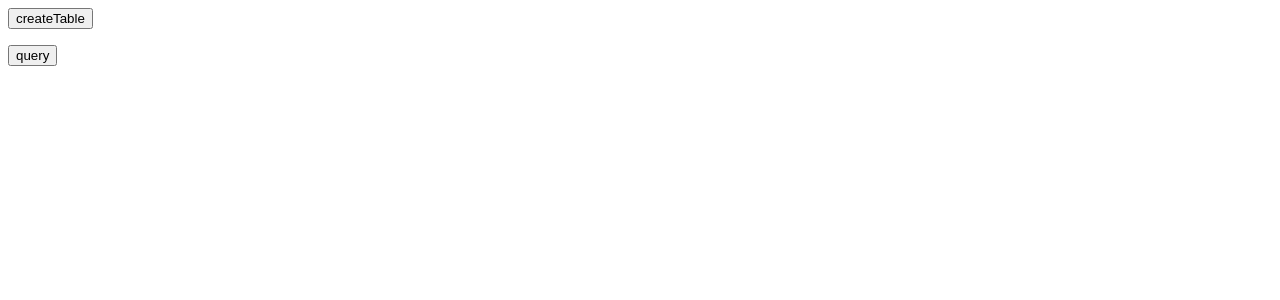
Repository: qq847261175/JavaWeb
Page: Jdbc_0010_MysqlConnected/WebRoot/welcome.html
These files come from the project's save history. The page is drawn as it stood at one moment and after the next save; the edit follows.
The browser window is 1280 px wide. The pictures show the whole page.

Above is the page before, as saved 2016-10-28 08:33:11.

### Jdbc_0010_MysqlConnected/WebRoot/welcome.html
<head>

<body>
<form action="CreateTableServlet" method="post">
<input type="submit" value="createTable"/><br/>

</form>
<form action="CreateTableServlet" method="post">
<input type="submit" value="query" name="query"/>
</form>
</body>

</head>

After the next save:
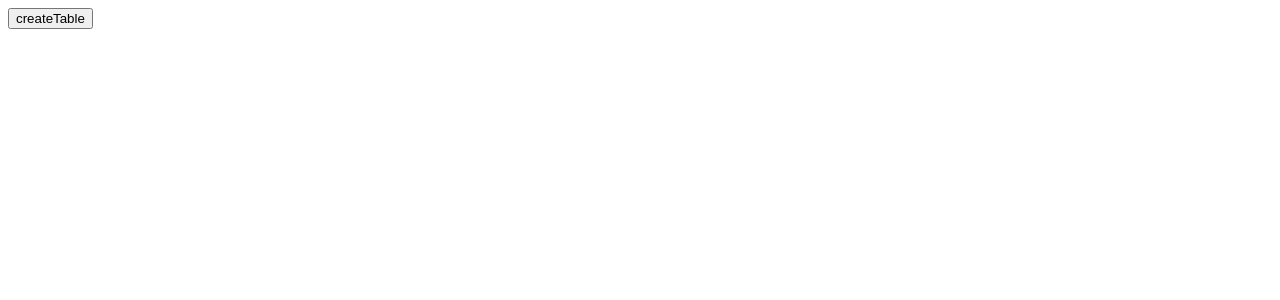
Saved 61 s later.
--- a/Jdbc_0010_MysqlConnected/WebRoot/welcome.html
+++ b/Jdbc_0010_MysqlConnected/WebRoot/welcome.html
@@ -3,10 +3,6 @@
 <body>
 <form action="CreateTableServlet" method="post">
 <input type="submit" value="createTable"/><br/>
-
-</form>
-<form action="CreateTableServlet" method="post">
-<input type="submit" value="query" name="query"/>
 </form>
 </body>
 
